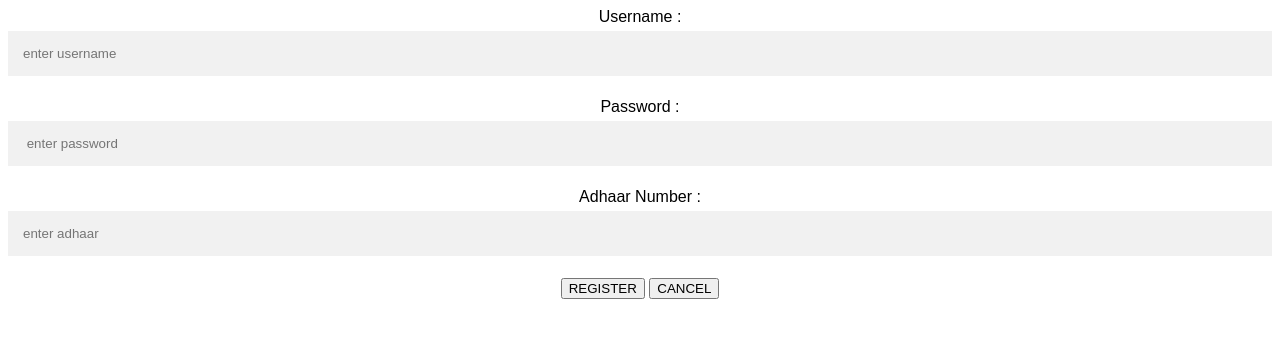
Repository: jchowdapurkar/Java-Project
Page: http://localhost/Registration/registration.jsp
These files come from the project's save history. The page is drawn as it stood at one moment and after the next save; the edit follows.
The browser window is 1280 px wide. The pictures show the whole page.
The page is served by Tomcat 9. Nobody is signed in. The application's start-up code is not run. Other server files are loaded and not shown.

Above is the page before, as saved 2018-07-16 17:29:35.

### Task Jsp/Registration/WebContent/registration.jsp
<%@ page language="java" contentType="text/html; charset=ISO-8859-1"
    pageEncoding="ISO-8859-1"%>
<!DOCTYPE html PUBLIC "-//W3C//DTD HTML 4.01 Transitional//EN" "http://www.w3.org/TR/html4/loose.dtd">
<html>
<style>
body {font-family: Arial, Helvetica, sans-serif;}
* {box-sizing: border-box}

/* Full-width input fields */
input[type=text], input[type=password] {
    width: 100%;
    padding: 15px;
    margin: 5px 0 22px 0;
    display: inline-block;
    border: none;
    background: #f1f1f1;
}

input[type=text]:focus, input[type=password]:focus {
    background-color: #ffff;
    outline: none;
}

hr {
    border: 1px solid #f1f1f1;
    margin-bottom: 25px;
}

/* Set a style for all buttons */
button {
    background-color: yellow;
    color: white;
    padding: 14px 20px;
    margin: 8px 0;
    border: none;
    cursor: pointer;
    width: 10%;
    opacity: 0.9;
}

button:hover {
    opacity:0.5;
}

/* Extra styles for the cancel button */
.cancelbtn {
    padding: 14px 20px;
    background-color: #f44336;
}

/* Float cancel and signup buttons and add an equal width */
.cancelbtn, .signupbtn {
  float: left;
  width: 50%;
}

// Add padding to container elements //
.container {
    padding: 16px;
}

/* Clear floats */
.clearfix::after {
    content: "";
    clear: both;
    display: table;
}

/* Change styles for cancel button and signup button on extra small screens */
@media screen and (max-width: 50px) {
    .cancelbtn, .signupbtn {
       width: 10%;
    }
}
</style>
<head>
<meta http-equiv="Content-Type" content="text/html; charset=ISO-8859-1">
<title>Insert title here</title>
</head>
<body>
<div align="center">
<form action = "Registration" method ="post">
Username : <input type ="text" name = "username" placeholder = "enter username" required="required">
Password : <input type ="text" name = "password" placeholder = " enter password" required="required">
Adhaar Number : <input type ="text" name="adhaar" placeholder ="enter adhaar" required ="required">
<input type = "submit" value = "REGISTER">
<input type = "submit" value = "CANCEL">



</form>
</div>

</body>
</html>

After the next save:
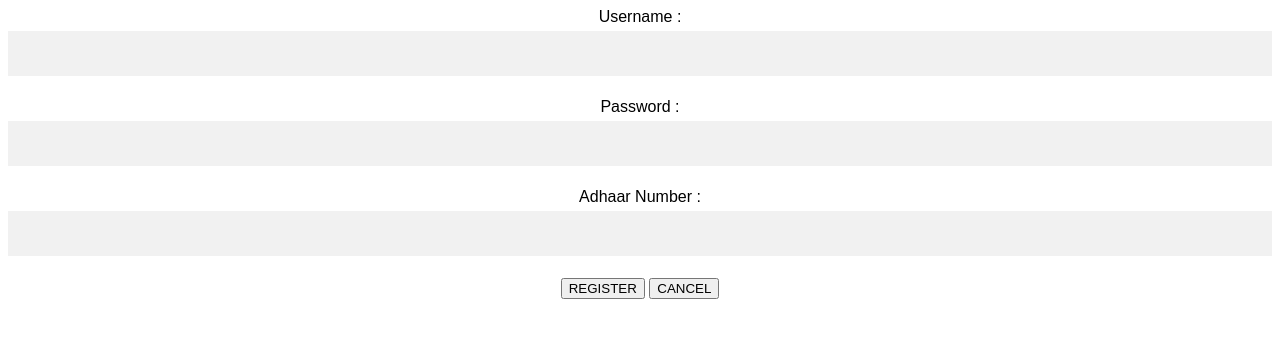
Saved 9 min 23 s later.
--- a/Task Jsp/Registration/WebContent/registration.jsp
+++ b/Task Jsp/Registration/WebContent/registration.jsp
@@ -80,9 +80,9 @@ button:hover {
 <body>
 <div align="center">
 <form action = "Registration" method ="post">
-Username : <input type ="text" name = "username" placeholder = "enter username" required="required">
-Password : <input type ="text" name = "password" placeholder = " enter password" required="required">
-Adhaar Number : <input type ="text" name="adhaar" placeholder ="enter adhaar" required ="required">
+Username : <input type ="text" name = "username" required="required">
+Password : <input type ="text" name = "password"  required="required">
+Adhaar Number : <input type ="text" name="adhaar"  required ="required">
 <input type = "submit" value = "REGISTER">
 <input type = "submit" value = "CANCEL">
 
